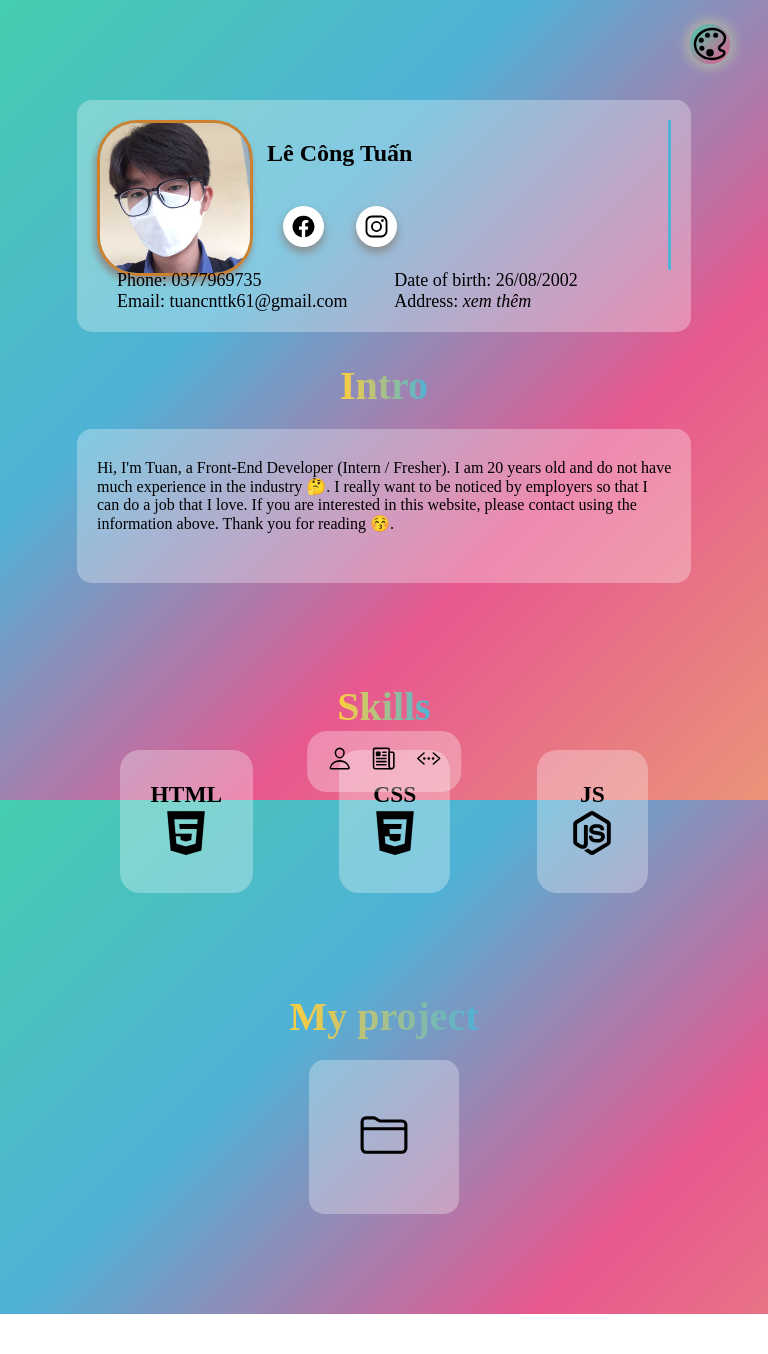
Repository: LeCongTuan2608/Profile
Page: index.html
An editor plug-in stored every save of this project. The page is shown before and after the next save, followed by the edit.
The browser window is 768 px wide. The pictures show the whole page.
Backgrounds fixed to the window are drawn as part of the page. The style sheet was rebuilt from its Sass, Less or Tailwind sources for each picture, by a compiler version that may differ from the author's.

Above is the page before, as saved 2022-05-05 12:23:13.

After the next save:
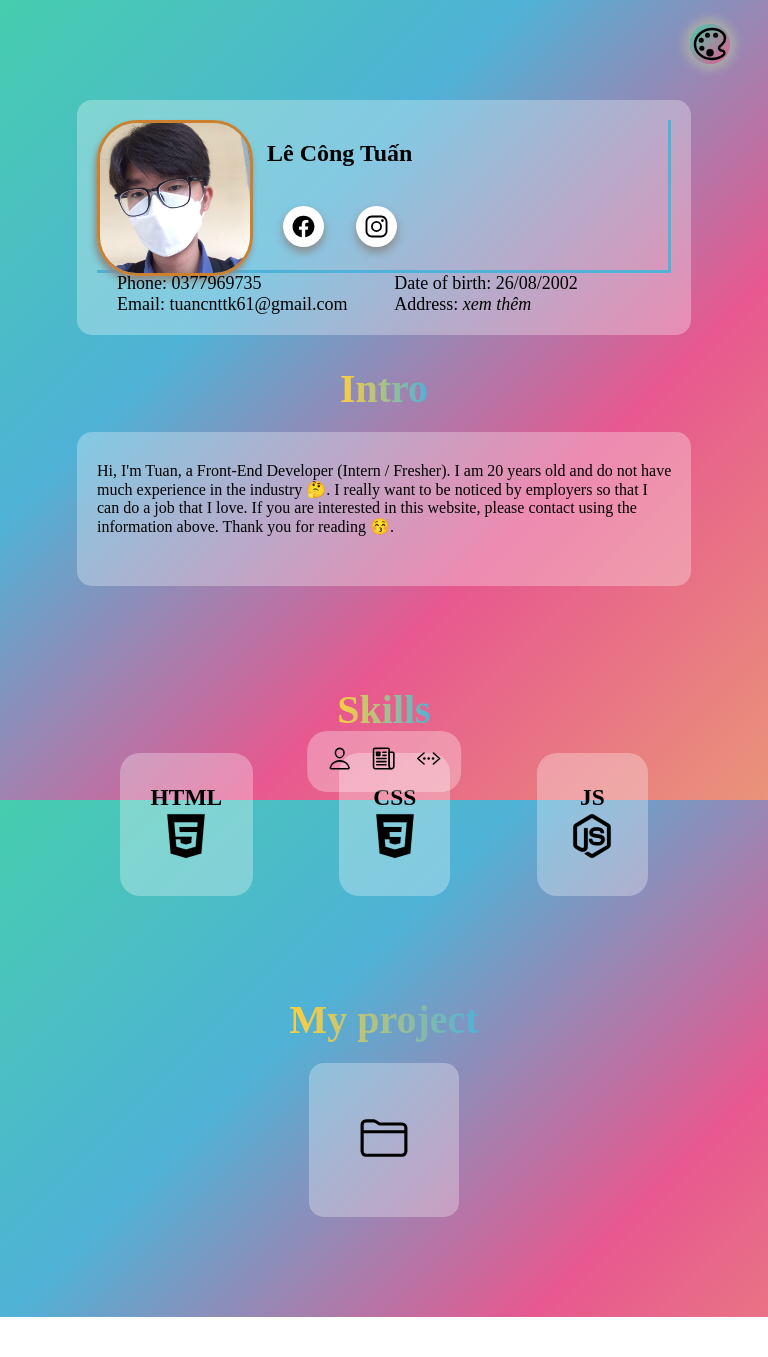
Saved 42 s later.
--- a/sass/style.scss
+++ b/sass/style.scss
@@ -413,4 +413,8 @@ background-color: #a5e296;
     .personal-information{
         display: block;
     }
-}
+    .image{
+        border-bottom: 3px solid;
+    border-color: #4fb2d6;
+    }
+}
